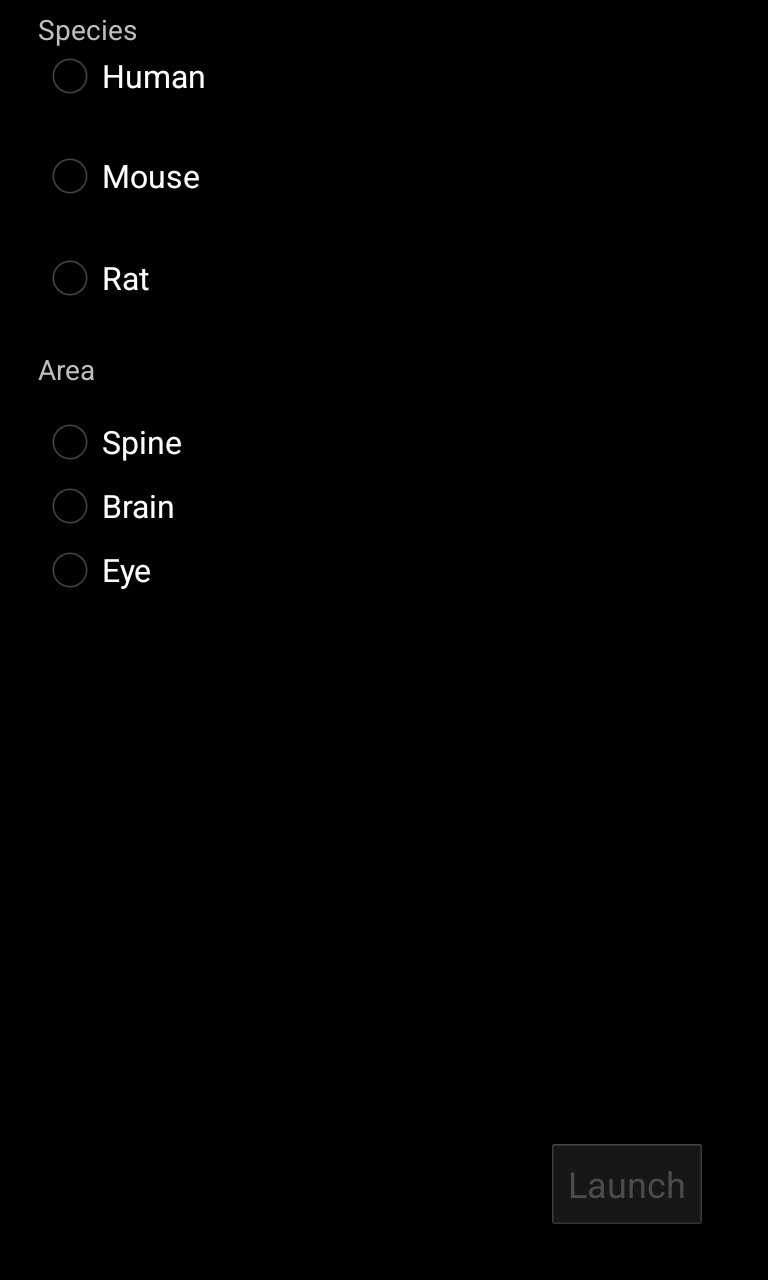
Repository: Ekarg/CSCE315Project3
Layout: Project3/res/layout/activity_main.xml
These files come from the project's save history. The layout is drawn as it stood at one moment and after the next save; the edit follows.
It is drawn on a 768 x 1280 px phone screen (xhdpi) without system bars, with theme android:Theme.Holo; the app's code is not run.

Above is the layout before, as saved 2013-11-27 20:15:14.

After the next save:
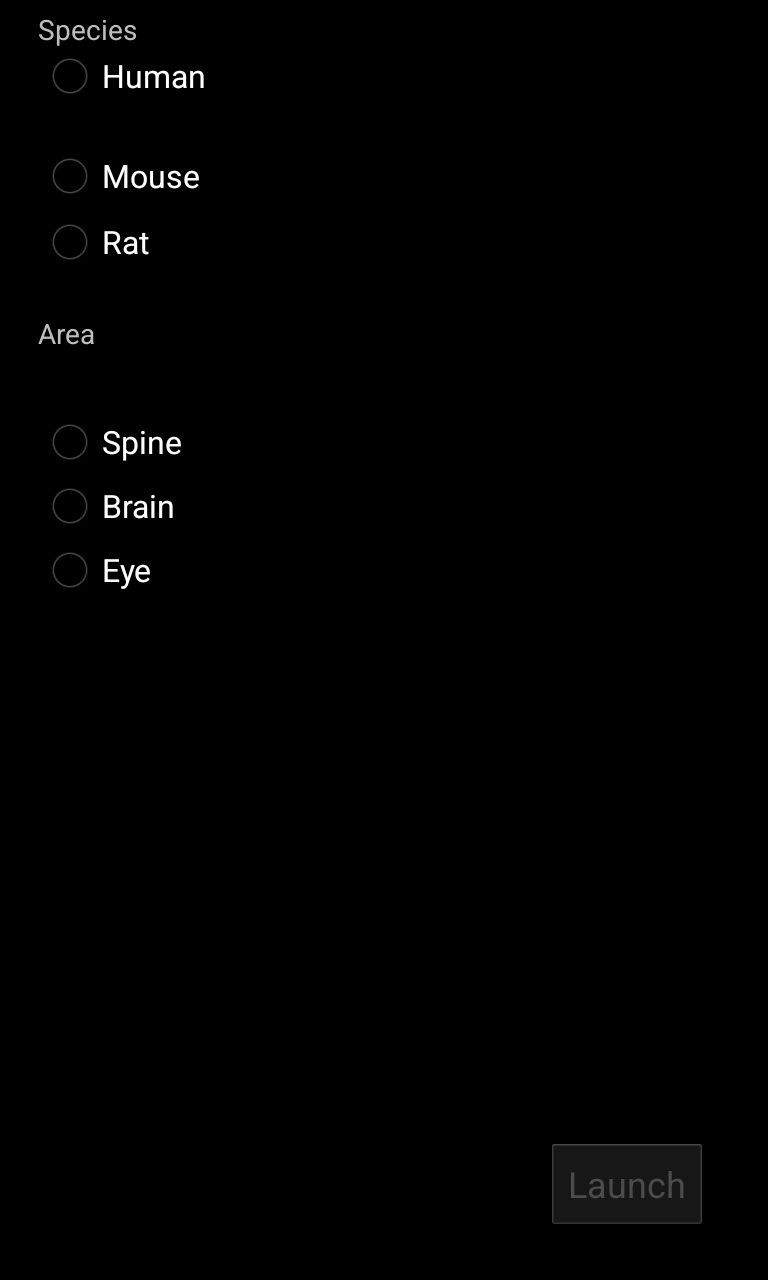
Saved 31 s later.
--- a/Project3/res/layout/activity_main.xml
+++ b/Project3/res/layout/activity_main.xml
@@ -62,7 +62,7 @@
             android:layout_height="wrap_content"
             android:layout_marginLeft="14dp"
             android:checked = "false"
-            android:layout_marginTop="19dp"
+            android:layout_marginTop="1dp"
             android:text="@string/rat"
             android:onClick="onRadioButtonClicked"/>
     </RadioGroup>
